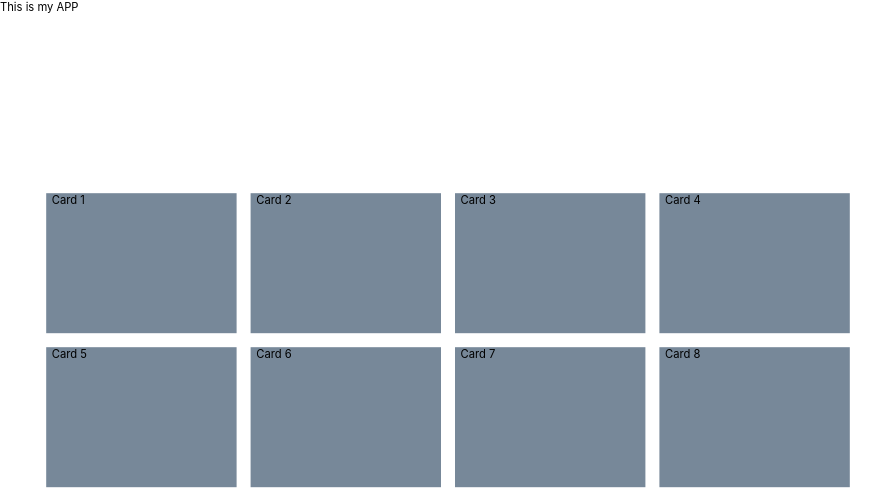
Repository: vnevescode/ui-components-react
Page: /
The author's editor kept a copy of each file at every save. The page is drawn from the files as they stood at one save, then again after the next save.
The browser window is 1280 px wide. The pictures show the part of the page from y = 0 to 1920 px (the page is 720 px tall before and 6696 px after), at 70% of full size.
The project was rebuilt for these pictures with package versions that can differ from the ones it lists, and the page was loaded fresh each time.

Above is the page before, as saved 2022-06-09 22:25:05.

### src/App.js
import React from 'react';
import Cards from './components/Cards/Cards';

function App() {
  return (
    <div className="App">
      <div>This is my APP</div>
      <Cards/>
    </div>
  );
}

export default App;

### src/components/Cards/Cards.jsx
import React from 'react'
import './Cards.style.css'

const Cards = () => {
  return (
    <>
        <div className="cards">
            {/* A card with given width */}
            <div className="cards__item">
                {'Card 1'}
            </div>
            {/* Repeat other cards */}
            <div className="cards__item">
                {'Card 2'}
            </div>
            <div className="cards__item">
                {'Card 3'}
            </div>
            <div className="cards__item">
                {'Card 4'}
            </div>
            <div className="cards__item">
                {'Card 5'}
            </div>
            <div className="cards__item">
                {'Card 6'}
            </div>
            <div className="cards__item">
                {'Card 7'}
            </div>
            <div className="cards__item">
                {'Card 8'}
            </div>
        </div>
    </>
  )
}

export default Cards

### src/components/Cards/Cards.style.css

.cards{
    display: flex;
    /* flex-direction: column; */
    justify-content: center;
    flex-wrap: wrap;
    gap: 20px;
    width: 100%;
    margin-top: 20%;
}

.cards__item{
    /* width: 50px;*/
    height: 200px;
    flex-basis: 20%;
    padding-left: 8px;
    padding-right: 8px;
    background-color: lightslategray;
}

Loaded but not shown: public/index.html (common file); src/index.js (common file); src/index.css (common file)

After the next save:
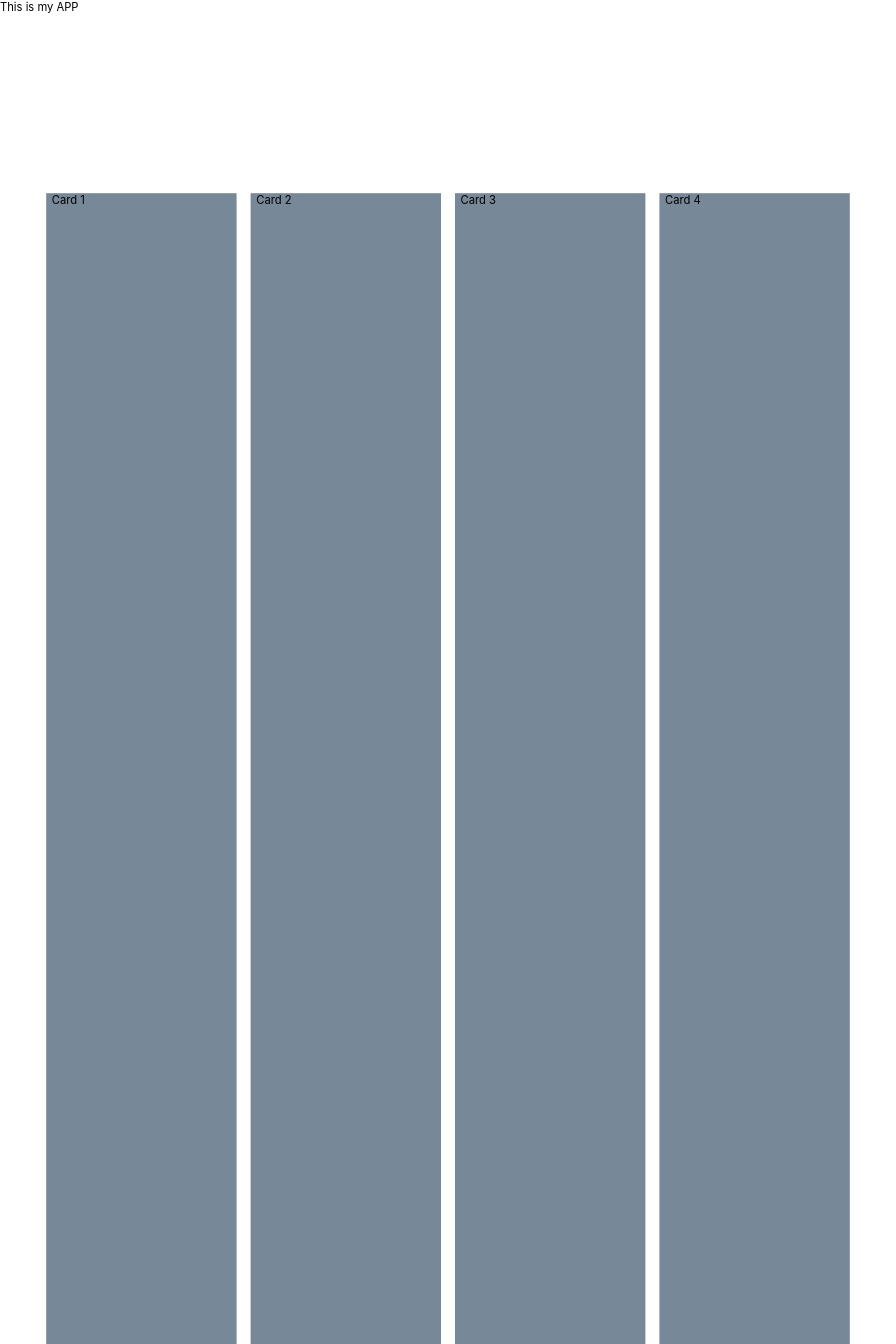
Saved 5 s later.
--- a/src/components/Cards/Cards.style.css
+++ b/src/components/Cards/Cards.style.css
@@ -11,7 +11,7 @@
 
 .cards__item{
     /* width: 50px;*/
-    height: 200px;
+    height: 200rem;
     flex-basis: 20%;
     padding-left: 8px;
     padding-right: 8px;
